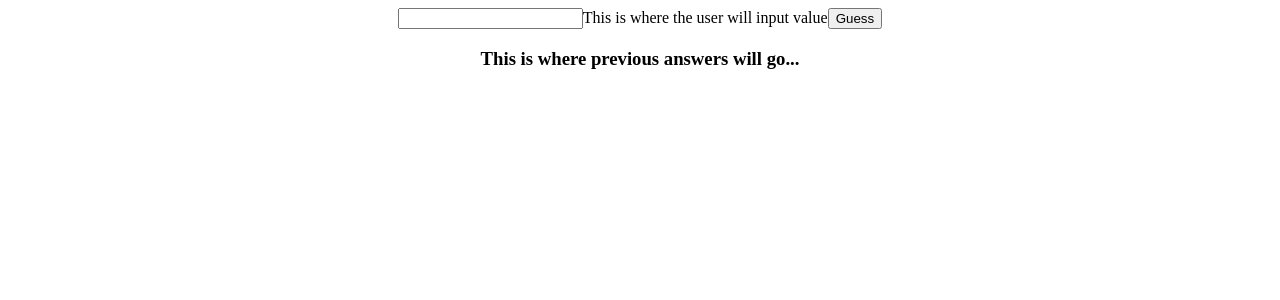
Repository: BAAMOSK/hotandcold
Page: /
An editor plug-in stored every save of this project. The page is shown before and after the next save, followed by the edit.
The browser window is 1280 px wide. The pictures show the whole page.
The project was rebuilt for these pictures with package versions that can differ from the ones it lists, and the page was loaded fresh each time.

Above is the page before, as saved 2017-05-16 03:32:19.

After the next save:
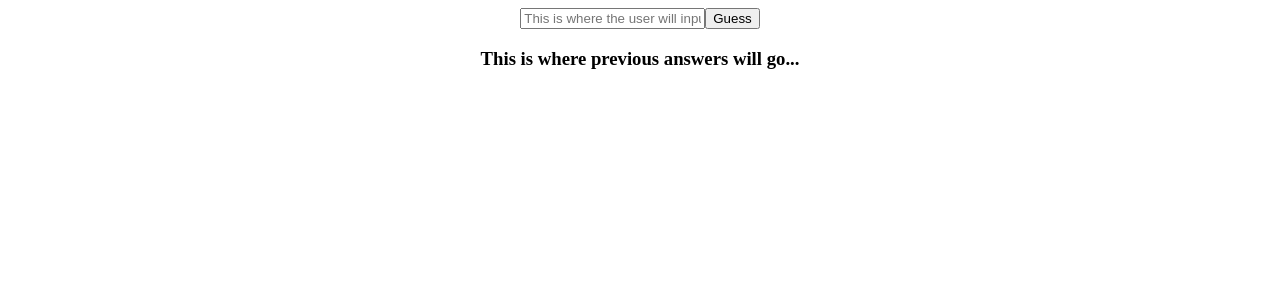
Saved 56 s later.
--- a/src/components/guess.js
+++ b/src/components/guess.js
@@ -4,8 +4,7 @@ const guess = 'This is where the user will input value'
 export default function Guess(props) {
   return (
     <div>
-      <input type="textarea"/>
-        {guess}
+      <input type="textarea" placeholder={guess}/>
       <button>Guess</button>
     </div>
   );
